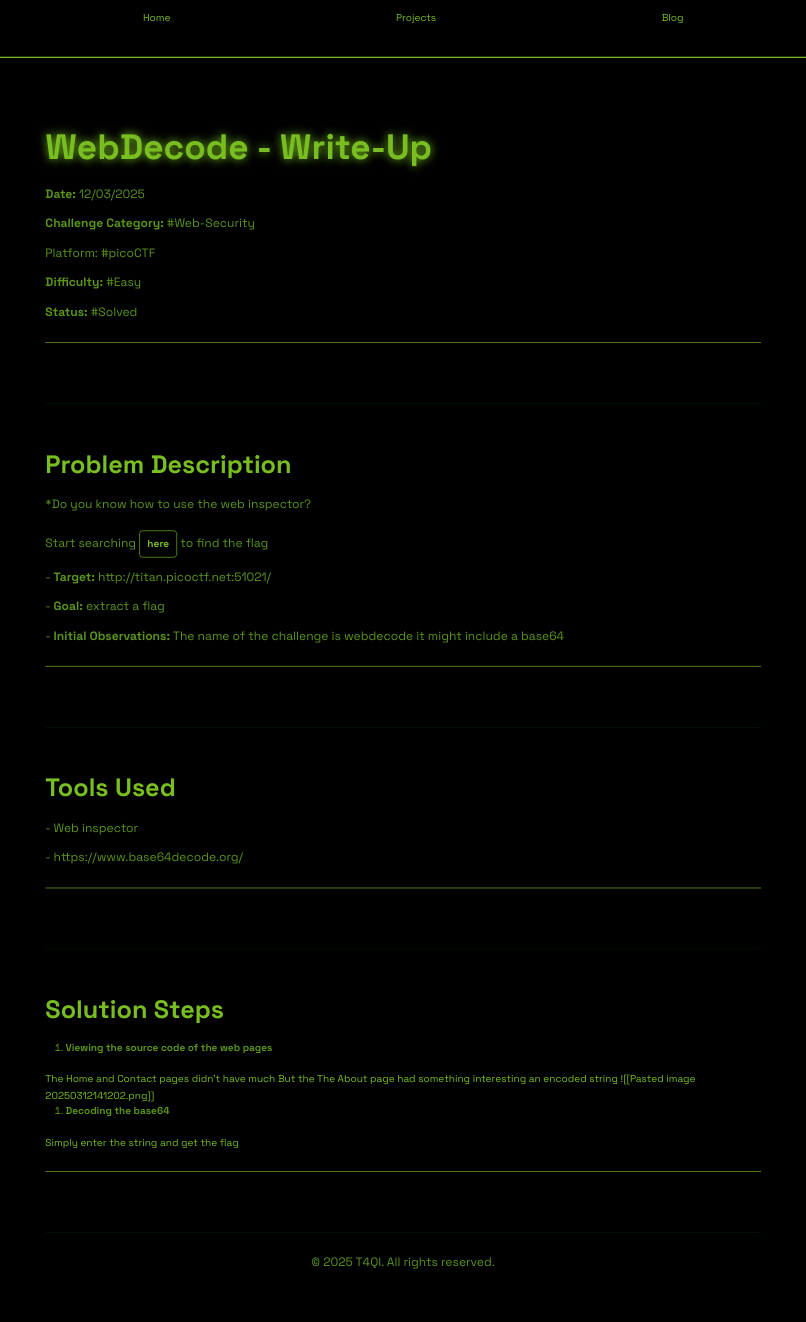
Repository: mohamedsoliman-tq/Website
Page: blogs/picoCTF/WebDecode.html
The author's editor kept a copy of each file at every save. The page is drawn from the files as they stood at one save, then again after the next save.
The browser window is 1280 px wide. The pictures show the whole page, at 63% of full size.

Above is the page before, as saved 2025-03-12 23:50:39.

After the next save:
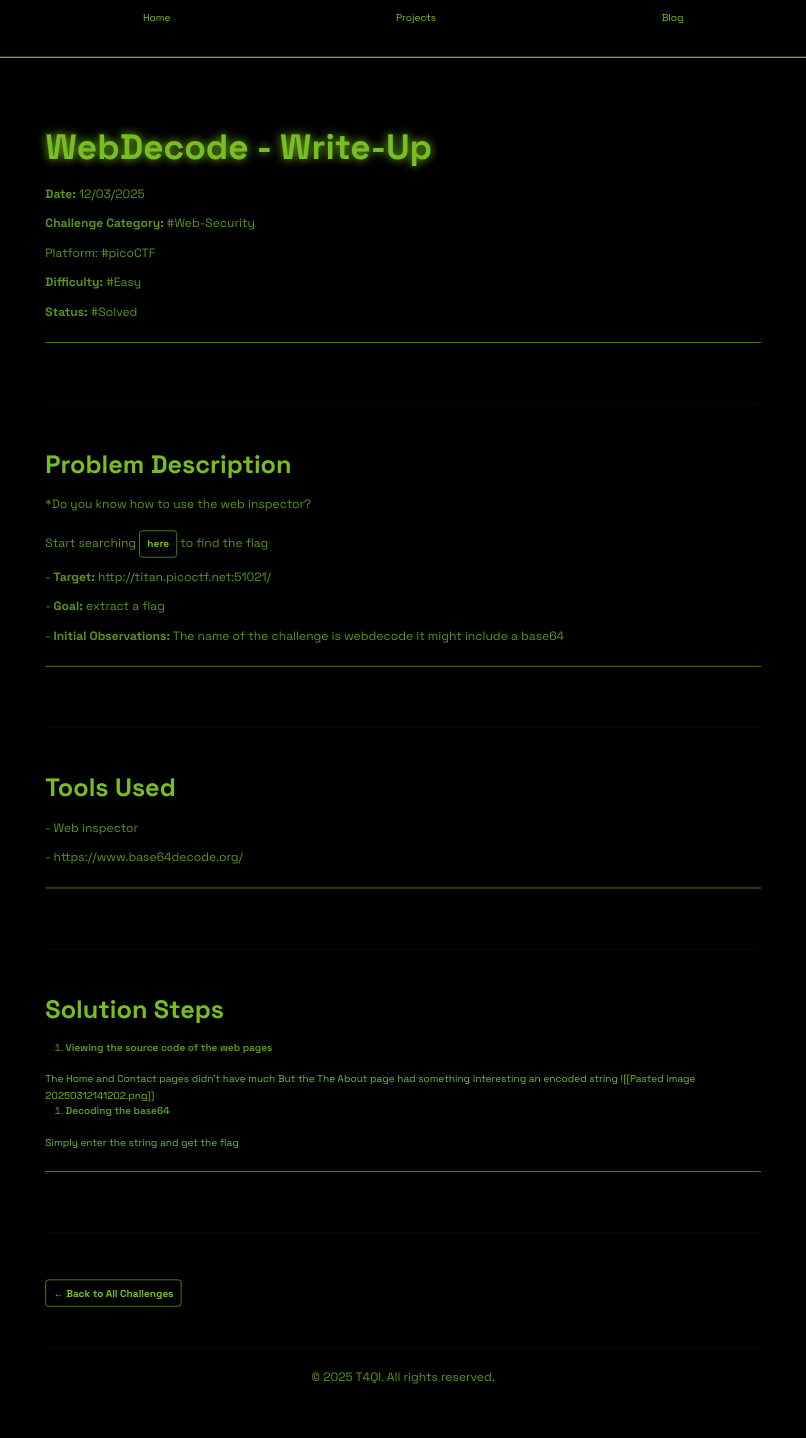
Saved 23 s later.
--- a/blogs/picoCTF/WebDecode.html
+++ b/blogs/picoCTF/WebDecode.html
@@ -253,6 +253,9 @@
             Simply enter the string and get the flag
             <hr>
         </div>
+        <div class="section">
+            <a href="/blogs/picoCTF/picoCTF.html" class="read-more">← Back to All Challenges</a>
+        </div>
         <footer>
             <p>© 2025 T4QI. All rights reserved.</p>
         </footer>
